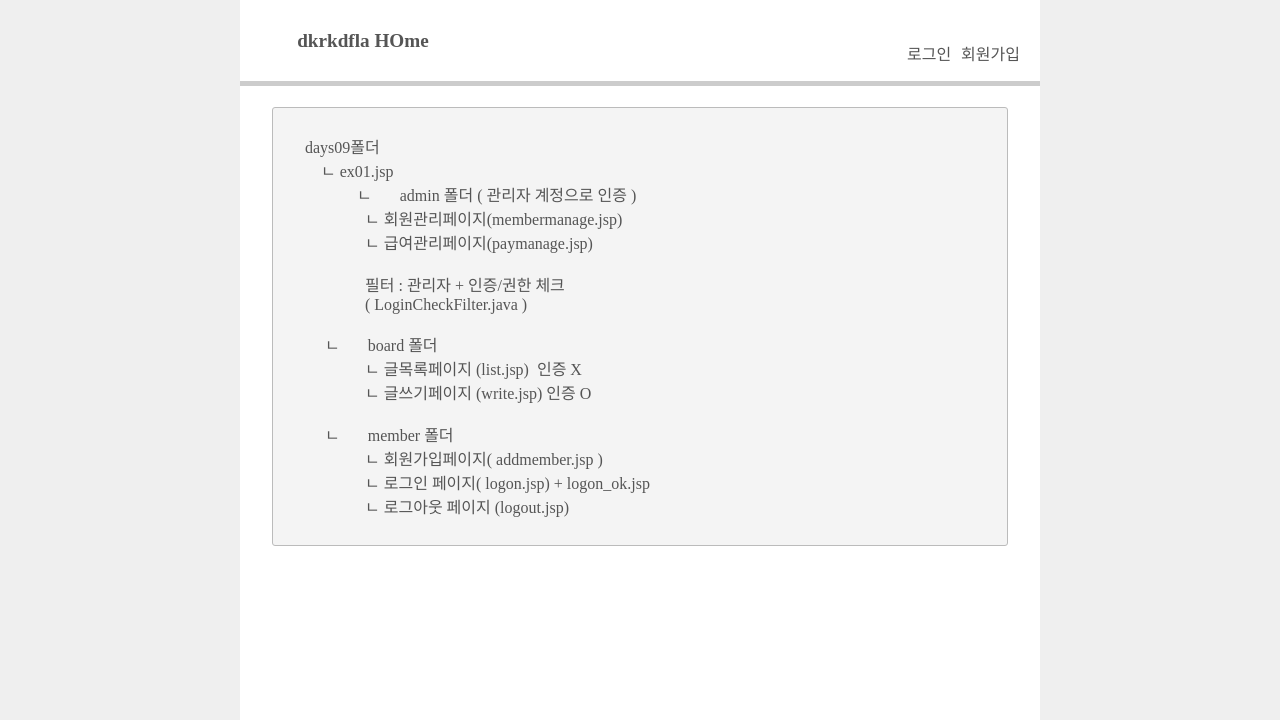
Repository: Dusajang/JSPClass
Page: http://localhost/jspPro/days09/ex01.jsp
These files come from the project's save history. The page is drawn as it stood at one moment and after the next save; the edit follows.
The browser window is 1280 px wide. The pictures show the whole page.
Some web fonts or font styles are not loaded; a fallback is used. The page is served by Tomcat 9. Other server files are loaded and not shown.

Above is the page before, as saved 2024-10-25 00:04:33.

### jspPro/src/main/webapp/days09/ex01.jsp
<%@ page contentType="text/html; charset=UTF-8" pageEncoding="UTF-8"%>
<%@ page trimDirectiveWhitespaces="true" %>
<%@ taglib prefix="c" uri="http://java.sun.com/jsp/jstl/core" %>
<!DOCTYPE html>
<html>
<head>
<meta charset="UTF-8">
<title>Insert title here</title>
<link rel="shortcut icon" type="image/x-icon" href="http://localhost/jspPro/images/SiSt.ico">
<script src="https://ajax.googleapis.com/ajax/libs/jquery/3.7.1/jquery.min.js"></script>
<meta name="viewport" content="width=device-width, initial-scale=1.0">
<meta name="google" content="notranslate">
<link rel="stylesheet" href="http://localhost/jspPro/resources/cdn-main/example.css">
<script src="http://localhost/jspPro/resources/cdn-main/example.js"></script>
<style>
 span.material-symbols-outlined{
    vertical-align: text-bottom;
 }
</style>
</head>
<body>
<header>
  <h1 class="main"><a href="#" style="position: absolute;top:30px;">dkrkdfla HOme</a></h1>
  <ul>
    <li><a href="#">로그인</a></li>
    <li><a href="#">회원가입</a></li>
  </ul>
</header>
<div>
  <xmp class="code">
    days09폴더
    	ㄴ ex01.jsp
    	         ㄴ       admin 폴더 ( 관리자 계정으로 인증 )
                   ㄴ 회원관리페이지(membermanage.jsp)
                   ㄴ 급여관리페이지(paymanage.jsp)

                   필터 : 관리자 + 인증/권한 체크
                   ( LoginCheckFilter.java )

         ㄴ       board 폴더
                   ㄴ 글목록페이지 (list.jsp)  인증 X
                   ㄴ 글쓰기페이지 (write.jsp) 인증 O

         ㄴ       member 폴더
                   ㄴ 회원가입페이지( addmember.jsp )
                   ㄴ 로그인 페이지( logon.jsp) + logon_ok.jsp
                   ㄴ 로그아웃 페이지 (logout.jsp)
  </xmp>
</div>
</body>
</html>

### jspPro/src/main/webapp/resources/cdn-main/example.css
@charset "UTF-8";

@import url('https://fonts.googleapis.com/css2?family=Material+Symbols+Outlined:opsz,wght,FILL,GRAD@20..48,100..700,0..1,-50..200');

@font-face {
    font-family: 'GmarketSansMedium';
    src: url('https://cdn.jsdelivr.net/gh/projectnoonnu/noonfonts_2001@1.1/GmarketSansMedium.woff') format('woff');
    font-weight: normal;
    font-style: normal;
}

:root {
	--text-color: #555;
	--sub-text-color: #777;
	--back-color: #EFEFEF;
	--header-color: #444;
	--primary-color: #DEDEDE;
	--secondary-color: #EFEFEF;
	--default-width: 800px;
	--narrow-width: 500px;
	--wide-width: 1200px;
	--text-font: 'GmarketSansMedium';
	--icon-font: 'Material Symbols Outlined';
	--border-color: #CCC;
}

html, body {
	margin: 0;
	padding: 0;
}

html {
	background-color: var(--back-color);
	display: flex;
	justify-content: center;
	min-height: 100vh;
}

body, body.default {
	width: var(--default-width);
	background-color: white;
	padding-bottom: 120px;
}

body.wide {
	width: var(--wide-width);
}

body.narrow {
	width: var(--narrow-width);
}



body, p, div, span, a, input, select, option, textarea, button, table, th, td, label, fieldset, legend {
	font-family: var(--text-font);
	color: var(--text-color);
}

h1, h2, h3 {
	font-family: var(--text-font);
	color: var(--header-color);
	padding: 0 1rem;
	padding-top: .5rem;
}

div > h1, div > h2, div > h3 {
	padding: 0;
}

body > div, body > main > div {
	padding: 0.3rem 1rem;
}


h1 { font-size: 2rem; border-bottom: 1px solid var(--border-color); }
h1 small { font-size: 1.2rem; color: var(--sub-text-color); }
h2 { font-size: 1.5rem; border-bottom: 1px dashed var(--border-color); }
h2 small { font-size: 1.1rem; color: --sub-text-color; }
h3 { font-size: 1.2rem; }
h3 small { font-size: 1rem; color: --sub-text-color; }



h1.main::before {
	font-family: var(--icon-font);
  	content: '\e666';
  	margin-right: 10px;
  	float: left;
	font-size: 2.5rem;
}

h1.sub::before {
	font-family: var(--icon-font);
  	content: '\ea19';
  	margin-right: 10px;
  	float: left;
	font-size: 2.5rem;
}


h1.page::before {
	font-family: var(--icon-font);
  	content: '\e0e0';
  	margin-right: 10px;
  	float: left;
	font-size: 2.5rem;
}

body > header > ul > li > .active{
	background-color: #FFF;
	color:#F00;
}

body > header {
	display: flex;
	justify-content: space-between;
	border-bottom: 5px solid var(--border-color);
	min-height: 74px;
	background-color: #FFF;
}

body > header.sticky {
	position: sticky;
	top: 0;
	z-index: 98;
}

body > header > h1 {
	font-size: 1.2rem;
	border: 0;
}

body > header.in > h1::before {
	font-family: var(--icon-font);
  	content: '\e332‥';
  	margin-right: 3px;
  	float: left;
	font-size: 2rem;
}


body > header > ul {
	list-style-type: none;
	display: flex;
	align-items: flex-end;
	margin-right: 10px;
}

body > header > ul > li {
	margin-right: 10px;
	cursor: pointer;
}

body > header > ul > li > a {
	cursor: pointer;
}


form {
	display: block;
}

form > div {
	padding: 0.3rem 1rem;
}

div > form > div {
	padding: 0.3rem 0;
}

input, textarea, button, select {
	border: 1px solid #BBB;
	border-radius: 3px;
	outline: none;
	resize: none;
	padding: 7px;
	margin: 0;
}

input[type=text]:read-only, textarea:read-only {
	cursor: not-allowed;
	background-color: #FFF;
}

input[type=text]:disabled, textarea:disabled {
	cursor: not-allowed;
	background-color: #EEE;
}

input[type=text], input[type=password], textarea, button, select {
	/* width: 300px; */
}

textarea {
	display: block;
	height: 100px;
}

input[type=button], input[type=submit], button {
	/* width: inherit; */
}

input.short, textarea.short, button.short, select.short {
	width: 100px;
}

input.long, textarea.long, button.long, select.long {
	width: 350px;
}

.narrow input.long, .narrow textarea.long, .narrow button.long, .narrow select.long {
	width: calc(100% - 20px);
}

input.full, textarea.full, button.full, select.full {
	width: calc(100% - 20px);
}

textarea.short {
	height: 50px;
}

textarea.long {
	height: 100px;
}

textarea.full {
	height: 200px;
}

input, textarea {
	padding-top: 8px;
}

input[type=button], input[type=submit], button {
	padding: 5px 10px;
	background-color: var(--secondary-color);
	cursor: pointer;
	min-height: 36px;
}

input[type=button].primary, input[type=submit].primary, button.primary {
	/* background-color: rgba(100, 149, 237, .2); */
	background-color: var(--primary-color);
}

input[type=button].primary:hover, input[type=submit].primary:hover, button.primary:hover {
	/* background-color: rgba(100, 149, 237, .3); */
	background-color: var(--secondary-color);
}

input[type=button]:hover, input[type=submit]:hover, button:hover {
	background-color: var(--primary-color);
}

button {
	position: relative;
	left: 0;
	top: 0;
	padding-left: 35px;
}

button .material-symbols-outlined {
	position: absolute;
	left: 10px;
	top: 4px;
}

/* k2nik add */
button.login::before {
	font-family: var(--icon-font);
  	content: '\ea77';
	position: absolute;
	left: 11px;
	top: 4px;
	font-size: 1.25rem;
}

/* k2nik logout */
button.logout::before {
	font-family: var(--icon-font);
  	content: '\e9ba';
	position: absolute;
	left: 11px;
	top: 4px;
	font-size: 1.25rem;
}

/* k2nik help */
button.help::before {
	font-family: var(--icon-font);
  	content: '\f1c0';
	position: absolute;
	left: 11px;
	top: 4px;
	font-size: 1.25rem;
}

button.add::before{
	font-family: var(--icon-font);
  	content: '\e746';
	position: absolute;
	left: 11px;
	top: 4px;
	font-size: 1.25rem;
}

button.back::before {
	font-family: var(--icon-font);
  	content: '\e166';
	position: absolute;
	left: 11px;
	top: 4px;
	font-size: 1.25rem;
}

button.list::before {
	font-family: var(--icon-font);
  	content: '\e0ee';
	position: absolute;
	left: 11px;
	top: 4px;
	font-size: 1.25rem;
}


button.del::before {
	font-family: var(--icon-font);
  	content: '\e872';
	position: absolute;
	left: 11px;
	top: 4px;
	font-size: 1.25rem;
}


button.edit::before {
	font-family: var(--icon-font);
  	content: '\e745';
	position: absolute;
	left: 11px;
	top: 4px;
	font-size: 1.25rem;
}


button.login::before {
	font-family: var(--icon-font);
  	content: '\ea77';
	position: absolute;
	left: 11px;
	top: 4px;
	font-size: 1.25rem;
}


button.logout::before {
	font-family: var(--icon-font);
  	content: '\e9ba';
	position: absolute;
	left: 11px;
	top: 4px;
	font-size: 1.25rem;
}


button.in::before {
	font-family: var(--icon-font);
  	content: '\f71a';
	position: absolute;
	left: 11px;
	top: 4px;
	font-size: 1.25rem;
}


button.out::before {
	font-family: var(--icon-font);
  	content: '\f70e';
	position: absolute;
	left: 11px;
	top: 4px;
	font-size: 1.25rem;
}


button.reply::before {
	font-family: var(--icon-font);
  	content: '\e15e';
	position: absolute;
	left: 11px;
	top: 4px;
	font-size: 1.25rem;
}


button.comment::before {
	font-family: var(--icon-font);
  	content: '\e0b9';
	position: absolute;
	left: 11px;
	top: 4px;
	font-size: 1.25rem;
}


button.modal::before {
	font-family: var(--icon-font);
  	content: '\e89e';
	position: absolute;
	left: 11px;
	top: 4px;
	font-size: 1.25rem;
}


button.ok::before {
	font-family: var(--icon-font);
  	content: '\e86c';
	position: absolute;
	left: 11px;
	top: 4px;
	font-size: 1.25rem;
}


button.cancel::before {
	font-family: var(--icon-font);
  	content: '\e5c9';
	position: absolute;
	left: 11px;
	top: 4px;
	font-size: 1.25rem;
}

button.search::before {
	font-family: var(--icon-font);
  	content: '\e8b6';
	position: absolute;
	left: 11px;
	top: 4px;
	font-size: 1.25rem;
}

button.home::before {
	font-family: var(--icon-font);
  	content: '\e88a';
	position: absolute;
	left: 11px;
	top: 4px;
	font-size: 1.25rem;
}


button.sidebar::before {
	font-family: var(--icon-font);
  	content: '\f7e4';
	position: absolute;
	left: 11px;
	top: 4px;
	font-size: 1.25rem;
}


button.sidebar-right::before {
	font-family: var(--icon-font);
  	content: '\f7e5';
	position: absolute;
	left: 11px;
	top: 4px;
	font-size: 1.25rem;
}




button::before {
	font-family: var(--icon-font);
  	content: '\e323';
	position: absolute;
	left: 11px;
	top: 4px;
	font-size: 1.25rem;
}


table {
	border-collapse: collapse;
	margin: 1rem;
	box-sizing: border-box;
	width: calc(100% - 32px);
}

table.content {
	width: auto;
}

div > table {
	margin: 0;
}

table th, table td {
	border: 1px solid var(--border-color);
	padding: 7px;
	font-weight: normal;
}

table th {
	background-color: var(--back-color);
}

table.vertical th {
	width: 150px;
}

table.vertical td {
	width: calc(100% - 182px);
	padding-left: 10px;
}

table.content td, table.content th {
	width: auto;
}

body.narrow table.vertical th {
	width: 100px;
}

body.narrow table.vertical td {
	width: calc(100% - 182px);
}


table + table {
	margin-top: 30px;
}


p {
	padding: 0 1rem;
}

a {
	text-decoration: none;
}

a:hover {
	color: rgba(255, 99, 71, .7);
}

hr {
	border: 0;
	border-top: 1px solid var(--border-color);
	margin: 2rem 0;
}

.message {
	border: 1px solid var(--border-color);
	background-color: #EFEFEF;
	margin: 1rem;
	width: auto;
	padding-top: 10px;
	padding-bottom: 10px;
	font-size: 14px;
}

.message[title]::before {
	content: attr(title);
	display: block;
	border-bottom: 1px solid var(--border-color);
	padding-bottom: 5px;
	margin-bottom: 10px;
	margin-top: 7px;
}

.message.short {
	max-width: 250px;
}

.message.long {
	max-width: 500px;
}

.badge {
	float: right;
	font-size: .8rem;
	margin-top: 2px;
	margin-right: 2px;
	text-shadow: 0 0 7px gray;
}

.badge.left {
	float: none;
	margin-left: 2px;
}

.badge.right {
	float: right;
}

.badge.red {
	border-radius: 50%;
	padding: 2px 5px;
	background-color: rgb(255, 99, 71, .3);
}

.badge.yellow {

	border-radius: 50%;
	padding: 2px 5px;
	background-color: rgb(255, 215, 0, .5);
}

.badge.blue {
	border-radius: 50%;
	padding: 2px 5px;
	background-color: rgb(100, 149, 237, .3);
}

label + label {
	margin-left: 7px;
}

label input[type=checkbox], label input[type=radio] {
	transform: translate(0, 1px);
}

.group {
	display: flex;
}

.modal-content .group {
	margin-bottom: .5rem;
}

.group label {
	border: 1px solid #BBB;
	border-radius: 3px;
	outline: none;
	resize: none;
	padding: 7px 14px;
	margin: 0;
	border-top-right-radius: 0;
	border-bottom-right-radius: 0;
	background-color: #EFEFEF;
	white-space: nowrap;
	font-size: 14px;
}

.group input[type=text] {
	margin-left: -1px;
	border-top-left-radius: 0;
	border-bottom-left-radius: 0;
}

.group select {
	margin-left: -1px;
	border-top-left-radius: 0;
	border-bottom-left-radius: 0;
}

.group input.full[type=text] {
	margin-left: -1px;
	border-top-left-radius: 0;
	border-bottom-left-radius: 0;
	width: 100%;
}

.group input[type=button]:first-child, .group button:first-child {
	border-top-left-radius: 3px;
	border-bottom-left-radius: 3px;
	margin-left: 0px;
}

.group input[type=button], .group button {
	border-radius: 0;
	margin-left: -1px;
}

.group input[type=button]:last-child, .group button:last-child {
	margin-left: -1px;
	border-top-right-radius: 3px;
	border-bottom-right-radius: 3px;
}

.seperate {
	display: flex;
	justify-content: space-between;
}

div.list {
	width: max-content;
	margin: 1rem;
	border: 1px solid #BBB;
	border-radius: 3px;
	padding: 0;
}

div.list.full {
	width: auto;
	display: block;
	margin: 1rem;
	border: 1px solid #BBB;
	border-radius: 3px;
	padding: 0;
}

div.list > div {
	padding: .5rem 1rem;
	margin: 0;
	border-bottom: 1px solid #BBB;
}

div.list > div:last-child {
	border-bottom: 0;
}

pre.code , xmp.code{
	font-family: consols;
	background-color: rgba(150, 150, 150, .1);
	border: 1px solid #BBB;
	border-radius: 3px;
	padding: .5rem 1rem;
	padding-bottom: .6rem;
	margin: 1rem;
}




*[data-modal-window] {
	position: fixed;
	background-color: rgba(0, 0, 0, .3);
	left: 0;
	top: 0;
	display: none;
	justify-content: center;
	align-items: flex-start;
	width: 100%;
	min-height: 100vh;
	z-index: 100;
	opacity: 0;
	transition: 500ms all;
}

*[data-modal-window] .modal-container {
	border-radius: 5px;
	padding: 1rem;
	padding-bottom: .5rem;
	margin-top: -500px;
	opacity: 0;
	width: 500px;
	background-color: #FFF;
	margin-right: 2rem;
	transition: 500ms all;
}

*[data-modal-size=content] .modal-container {
	width: auto;
}

*[data-modal-size=narrow] .modal-container {
	width: 300px;
}

*[data-modal-size=wide] .modal-container {
	width: 760px;
}


*[data-modal-window] .modal-header {
	border-bottom: 1px solid var(--border-color);
	padding: 2px 5px;
}

*[data-modal-window] .modal-content {
	padding: 1rem 5px;
}

*[data-modal-window] .modal-content div:last-child {
	margin-top: 1rem;
	text-align: right;
}



*[data-sidebar-window] {
	position: fixed;
	background-color: #FFF;
	left: 0;
	top: 0;
	display: block;
	width: 300px;
	border-right: 1px solid var(--border-color);
	box-sizing: border-box;
	box-shadow: 0 0 3px var(--back-color);
	min-height: 100vh;
	z-index: 99;
	transform: translate(-300px, 0);
	transition-duration: 500ms;
	transition-property: transform;
}

*[data-sidebar-direction=right] {
	left: auto;
	right: 0;
	transform: translate(300px, 0);
	border-left: 1px solid var(--border-color);
}

*[data-sidebar-size=wide] {
	width: 500px;
	transform: translate(-500px, 0);
}

*[data-sidebar-window] .sidebar-title {
	border-bottom: 1px solid var(--border-color);
	margin-top: 20px;
	margin-bottom: 20px;
	padding-bottom: 5px;
	display: flex;
	justify-content: space-between;
}

*[data-sidebar-window] .sidebar-title span:last-child {
	cursor: pointer;
}


/* K2Nik pagination */
.center {
  text-align: center;
}

.pagination {
  display: inline-block;
}

.pagination a {
  color: black;
  float: left;
  padding: 3px 6px;
  text-decoration: none;
  transition: background-color .3s;
  border: 1px solid #ddd;
  margin: 0 3px;
}

.pagination a.active {
  background-color: #4CAF50;
  color: white;
  border: 1px solid #4CAF50;
}

.pagination a:hover:not(.active) {background-color: #ddd;}

### jspPro/src/main/webapp/resources/cdn-main/example.js

window.onload = () => {

    const list = document.querySelectorAll('input, textarea');

    list.forEach(item => {
        item.setAttribute('autocomplete', 'off');
    });


    const modal_btn_list = document.querySelectorAll('*[data-modal-button]');

    modal_btn_list.forEach(item => {
        item.onclick = function() {

            const name = this.dataset['modalButton'];
            const modal_window = document.querySelector('*[data-modal-window=' + name);

            const container = document.createElement('div');
            container.className = 'modal-container';



            const modal_header = document.createElement('div');
            modal_header.textContent = modal_window.dataset['modalTitle'];
            modal_header.className = 'modal-header';
            container.appendChild(modal_header);

            const modal_content = document.createElement('div');
            modal_content.className = 'modal-content';
            container.appendChild(modal_content);

            Array.from(modal_window.childNodes).forEach(item => {
                modal_content.appendChild(item);
            });

            modal_window.appendChild(container);

            modal_window.style.display = 'flex';

            setTimeout(() => {
                modal_window.style.opacity = 1;
                container.style.marginTop = '20px';
                container.style.opacity = 1;
            }, 50);


            const modal_ok = document.querySelector('*[data-modal-ok=' + name);
            modal_ok.addEventListener('click', function() {
                modal_window.style.opacity = 0;
                container.style.marginTop = '-500px';
                container.style.opacity = 0;

                setTimeout(() => {
                    modal_window.innerHTML = modal_content.innerHTML;
                    modal_window.style.display = 'none';
                }, 500);

            });

            const modal_cancel = document.querySelector('*[data-modal-cancel=' + name);
            modal_cancel.addEventListener('click', function() {

                modal_window.style.opacity = 0;
                container.style.marginTop = '-500px';
                container.style.opacity = 0;

                setTimeout(() => {
                    modal_window.innerHTML = modal_content.innerHTML;
                    modal_window.style.display = 'none';
                }, 500);
            });


        };
    });


    const sidebar_btn_list = document.querySelectorAll('*[data-sidebar-button]');

    sidebar_btn_list.forEach(item => {
        item.onclick = function() {



            const name = this.dataset['sidebarButton'];
            const sidebar_window = document.querySelector('*[data-sidebar-window=' + name);

            if (sidebar_window.style.transform == 'translate(0px, 0px)') return;



            sidebar_window.style.transform = 'translate(0, 0)';

            const sidebar_title = document.createElement('div');
            sidebar_title.className = 'sidebar-title';
            sidebar_title.innerHTML = '<span>' + sidebar_window.dataset['sidebarTitle'] + '</span><span class="material-symbols-outlined">close</span>';

            sidebar_title.children[1].onclick = function() {

                let sign = 1;
                let distance = 300;

                if (sidebar_window.dataset['sidebarDirection'] != 'right') {
                    sign = -1;
                } else {
                    sign = 1;
                }

                if (sidebar_window.dataset['sidebarSize'] != 'wide') {
                    distance = 300;
                } else {
                    distance = 500;
                }

                distance *= sign;

                sidebar_window.style.transform = 'translate(' + distance + 'px, 0)';

                setTimeout(function() {
                    sidebar_window.removeChild(sidebar_window.children[0]);
                }, 500);
            };


            sidebar_window.prepend(sidebar_title);

        }
    });

};

// window.onkeydown = function(event) {

//     if (event.keyCode == 27) {
//         if (document.querySelector('[data-modal-window').style.display == 'flex') {
//             document.querySelector('[data-modal-window').style.display = 'none';
//         }
//     }

// };

After the next save:
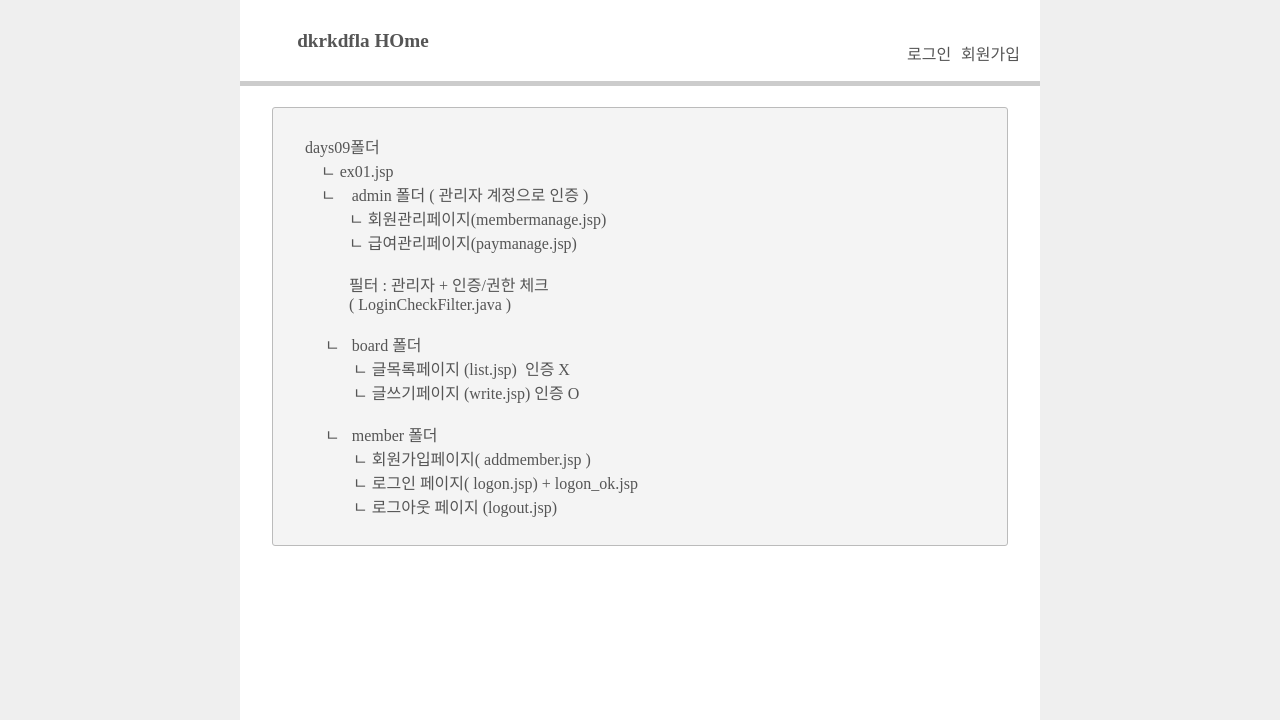
Saved 82 s later.
--- a/jspPro/src/main/webapp/days09/ex01.jsp
+++ b/jspPro/src/main/webapp/days09/ex01.jsp
@@ -30,21 +30,21 @@
   <xmp class="code">
     days09폴더
     	ㄴ ex01.jsp
-    	         ㄴ       admin 폴더 ( 관리자 계정으로 인증 )
-                   ㄴ 회원관리페이지(membermanage.jsp)
-                   ㄴ 급여관리페이지(paymanage.jsp)
+    	ㄴ    admin 폴더 ( 관리자 계정으로 인증 )
+               ㄴ 회원관리페이지(membermanage.jsp)
+               ㄴ 급여관리페이지(paymanage.jsp)
 
-                   필터 : 관리자 + 인증/권한 체크
-                   ( LoginCheckFilter.java )
+               필터 : 관리자 + 인증/권한 체크
+               ( LoginCheckFilter.java )
 
-         ㄴ       board 폴더
-                   ㄴ 글목록페이지 (list.jsp)  인증 X
-                   ㄴ 글쓰기페이지 (write.jsp) 인증 O
+         ㄴ   board 폴더
+                ㄴ 글목록페이지 (list.jsp)  인증 X
+                ㄴ 글쓰기페이지 (write.jsp) 인증 O
 
-         ㄴ       member 폴더
-                   ㄴ 회원가입페이지( addmember.jsp )
-                   ㄴ 로그인 페이지( logon.jsp) + logon_ok.jsp
-                   ㄴ 로그아웃 페이지 (logout.jsp)
+         ㄴ   member 폴더
+                ㄴ 회원가입페이지( addmember.jsp )
+                ㄴ 로그인 페이지( logon.jsp) + logon_ok.jsp
+                ㄴ 로그아웃 페이지 (logout.jsp)
   </xmp>
 </div>
 </body>
